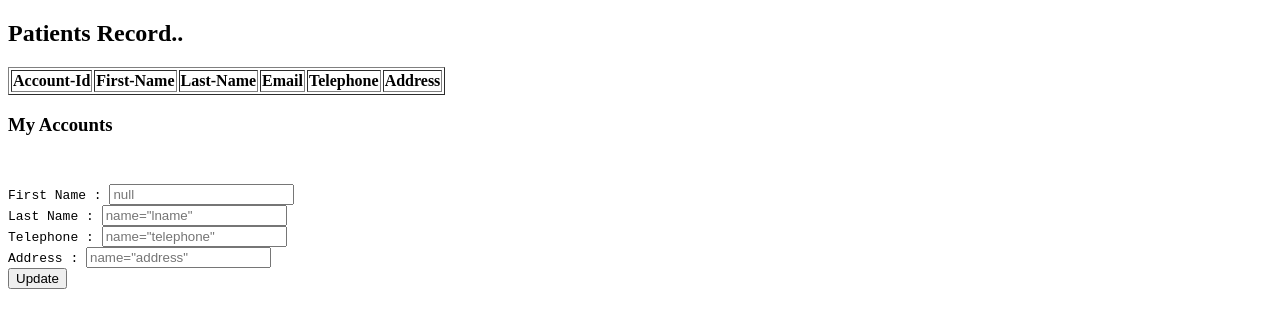
Repository: anujsoni10001/JSP-Servlet
Page: http://localhost/Minor/staff-patient.jsp
These files come from the project's save history. The page is drawn as it stood at one moment and after the next save; the edit follows.
The browser window is 1280 px wide. The pictures show the whole page.
The page is served by Tomcat 9. Queries for data that is not in the repository find no rows.

Above is the page before, as saved 2019-03-23 05:31:30.

After the next save:
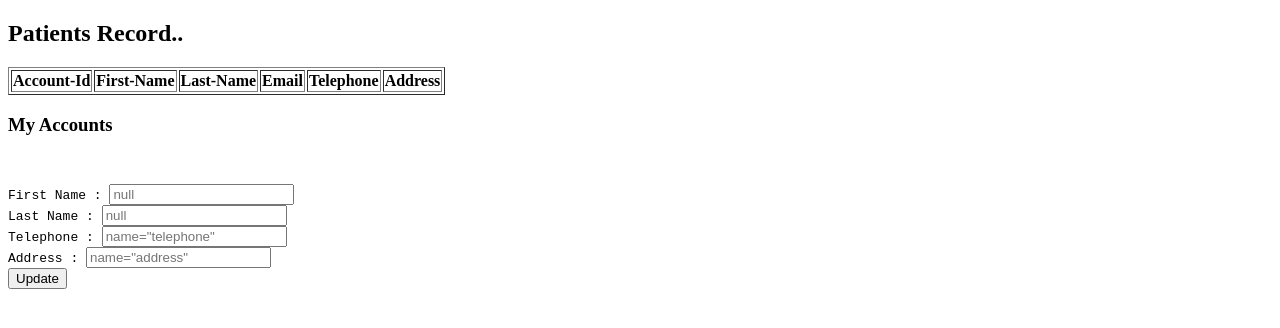
Saved 11 s later.
--- a/FinalProject/minor - Copy/Minor/WebContent/staff-patient2.jsp
+++ b/FinalProject/minor - Copy/Minor/WebContent/staff-patient2.jsp
@@ -22,7 +22,7 @@ String address=request.getParameter("address");
 <form action="UpdateStafPatient">
 <input type="hidden" value=<%=a_id%>>
 First Name : <input type="text" placeholder=<%=fname%> name="fname">
-Last Name : <input type="text" placeholder=name="lname">
+Last Name : <input type="text" placeholder=<%=lname%> name="lname">
 Telephone : <input type="text" placeholder=name="telephone">
 Address : <input type="text" placeholder= name="address">
 <input type="submit" value="Update"/>
